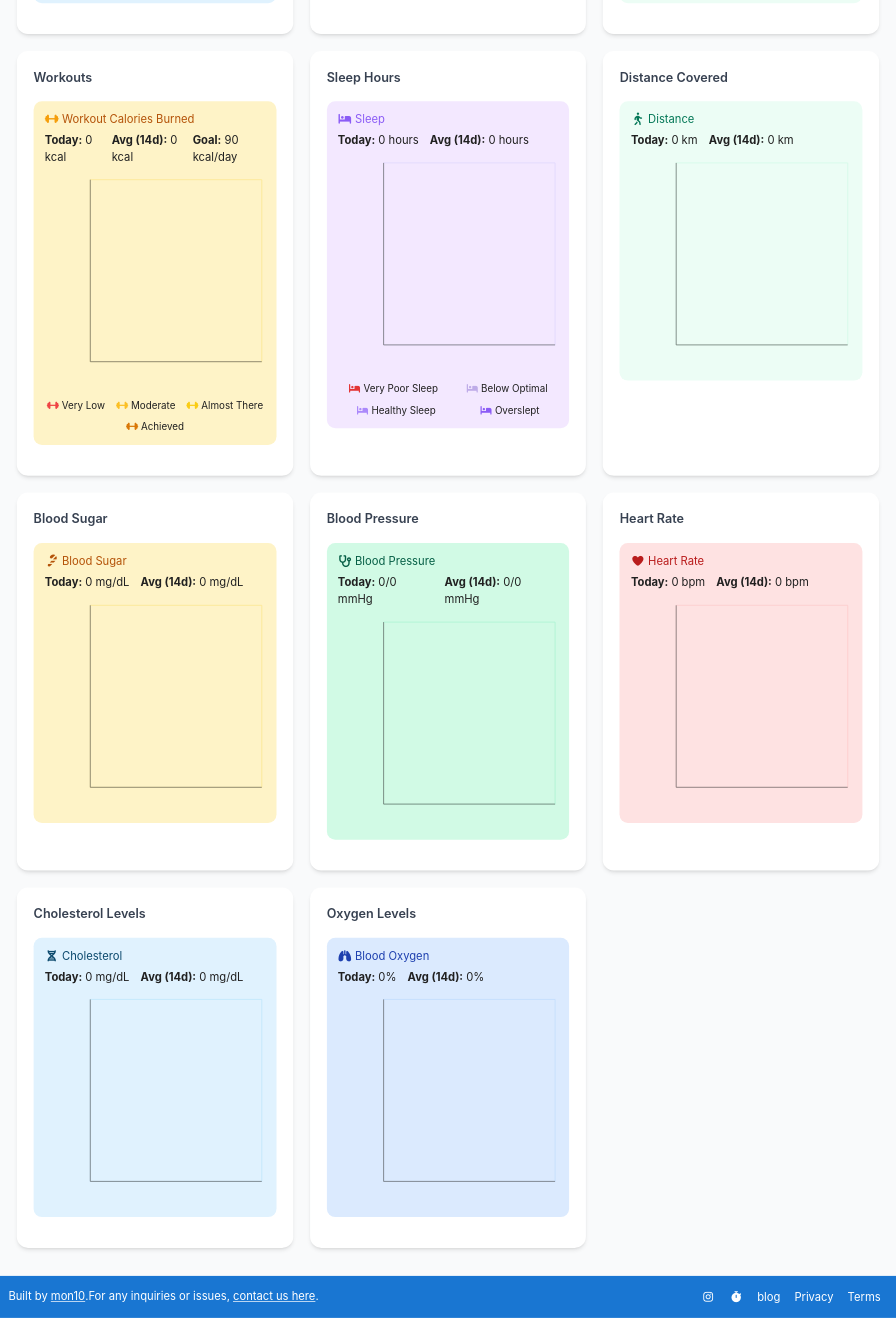
Repository: bhumikamourya/health-monitoring-application
Page: /dashboard (app in frontend/)
These files come from the project's save history. The page is drawn as it stood at one moment and after the next save; the edit follows.
The browser window is 1280 px wide. The pictures show the part of the page from y = 774 to 2694 px (the page is 2657 px tall before and 2694 px after), at 70% of full size.
The page's requests for data from a server got no answer. Some web libraries are served in a nearby version. The project was rebuilt for these pictures with package versions that can differ from the ones it lists, and the page was loaded fresh each time. No one was signed in, and anything a server would have sent is missing. Also part of the build but not shown: frontend/src/components/Home/particleBackground.js, frontend/src/components/Home/Component1.js, frontend/src/components/Home/Component2.js, frontend/src/components/Home/Component3.js, frontend/src/components/Home/Component4.js, frontend/src/components/Home/HomePage.js, frontend/src/components/Blog/Component1.js, frontend/src/components/Blog/Component2.js and 16 more.

Above is the page before, as saved 2025-10-14 19:24:35.

### frontend/public/index.html
<!DOCTYPE html>
<html lang="en">

<head>
  <meta charset="utf-8" />
  <link rel="icon" href="%PUBLIC_URL%/favicon.ico" />
  <meta name="viewport" content="width=device-width, initial-scale=1" />
  <meta name="theme-color" content="#000000" />
  <meta name="description" content="Web site created using create-react-app" />
  <link rel="apple-touch-icon" href="%PUBLIC_URL%/logo192.png" />
  <link rel="manifest" href="%PUBLIC_URL%/manifest.json" />

  <script src="https://cdn.jsdelivr.net/npm/@tailwindcss/browser@4"></script>

  <link href="https://cdn.jsdelivr.net/npm/bootstrap@5.3.7/dist/css/bootstrap.min.css" rel="stylesheet"
    integrity="sha384-LN+7fdVzj6u52u30Kp6M/trliBMCMKTyK833zpbD+pXdCLuTusPj697FH4R/5mcr" crossorigin="anonymous">
  <link rel="stylesheet" href="https://cdnjs.cloudflare.com/ajax/libs/font-awesome/7.0.0/css/all.min.css"
    integrity="sha512-DxV+EoADOkOygM4IR9yXP8Sb2qwgidEmeqAEmDKIOfPRQZOWbXCzLC6vjbZyy0vPisbH2SyW27+ddLVCN+OMzQ=="
    crossorigin="anonymous" referrerpolicy="no-referrer" />
  <title>React App</title>
</head>

<body>
  <noscript>You need to enable JavaScript to run this app.</noscript>
  <div id="root"></div>
  <!--
      This HTML file is a template.
      If you open it directly in the browser, you will see an empty page.

      You can add webfonts, meta tags, or analytics to this file.
      The build step will place the bundled scripts into the <body> tag.

      To begin the development, run `npm start` or `yarn start`.
      To create a production bundle, use `npm run build` or `yarn build`.
    -->
</body>

</html>

### frontend/src/index.css
@tailwind base;
@tailwind components;
@tailwind utilities;

body {
  margin: 0;
  font-family: -apple-system, BlinkMacSystemFont, 'Segoe UI', 'Roboto', 'Oxygen',
    'Ubuntu', 'Cantarell', 'Fira Sans', 'Droid Sans', 'Helvetica Neue',
    sans-serif;
  -webkit-font-smoothing: antialiased;
  -moz-osx-font-smoothing: grayscale;
  background-color: #fff;
  color: #212121;
}

code {
  font-family: source-code-pro, Menlo, Monaco, Consolas, 'Courier New',
    monospace;
}

h1,
h2,
h3,
h4,
h5,
h6 {
  color: #2c3e50
}

/* NAVBAR STYLING */
.background {
  background-color: #1976d2;
}

.footer-a-links {
  text-decoration: underline;
  color: #fff;
}

.footer-a-links:hover {
  text-decoration: underline;
}

.menu {
  color: #fff;
  margin-left: 20px;
}

.menu.selected {
  color: #64b5f6;
}

.links {
  color: #1976d2;
}

.links:hover {
  opacity: 0.7;
}

.nav-links {
  color: #fff;
}

.nav-links:hover {
  color: #64b5f6;
}

.coloured-btn {
  background-color: #1976d2;
  color: #fff;
}

.coloured-btn:hover {
  background-color: #1976d2;
}

.bold-text {
  color: #1976d2;
}


/* HOME COMPONENT-1 */
.component1-container {
  background-color: #f5f5f5;
}
.component1-icons{
  background-color: #e9f2fa;
  padding:20px 40px 20px 20px;
  border-radius: 50%;
}

.fa-check,
.fa-square-check,
.fa-calendar-week,
.fa-chart-line {
  color: #1976d2;
  font-size: 25px;
}

.fa-check {
  color: #43a047;
}


/* HOME COMPONENT-2 */
.complete-control-text {
  background-color: #e9f2fa;
  width: 60%;
  margin: 25px 5px 0 40px;
  padding: 4px;
  border-radius: 30px;
  color: #1976d2;
}

.coloured-card {
  margin-left: 50px;
  border: 3px solid #1976d2;
  border-radius: 15px;
  background-color: #fafafa;
}

/* BLOG COMPONENT */
.blogs-container {
  width: 14rem;
  box-shadow: 5px 5px 10px #f4f3f3;
}

.capsule-text {
  font-size: 10px;
  border: 1px solid #cfd1d1ff;
  padding: 4px 7px;
  border-radius: 10px;
  color: #2c2c2c;
}

/* PRICING COMPONENT */
.pricing-cards {
  margin-right: 15px;
  border: 0.4px solid #bbbabaff;
  border-radius: 30px;
}

.fa-xmark {
  font-size: 20px;
}

.complete-text {
  width: auto;
  padding: 4px 10px;
  background-color: #e9f2fa;
  border-radius: 30px;
  color: #1976d2;
}

.pricing-card2 {
  margin-left: 15px;
  border: 2px solid #1976d2;
  border-radius: 30px;
  background-color: #fafafa;
}

.pomodoro-card {
  border: 0.3px solid #424242;
  border-top: 4px solid #1976d2;
  border-radius: 10px;
}
.steps-chart-content{
  line-height: 10px;
}
.goto-dashboard:hover{
  text-decoration: underline;
  color: #6e7983;
}

### frontend/src/components/Charts/MedicalCharts.js
import {
  Line,
  CartesianGrid,
  XAxis,
  YAxis,
  Tooltip,
  ResponsiveContainer,
  BarChart,
  Bar,
} from "recharts";
import { CustomTooltip } from "../../utils/CustomTooltip.js";
import { useChartData } from "../../Hook/useChartData.js";
import { useCholesterolChartData } from "../../Hook/useCholesterolChartData.js";
import { useBPChartData } from "../../Hook/useBPChartData.js";

// Sugar Chart
function SugarChart({ days = 7, target = 120 }) {
  const { data, todayTotal, avg } = useChartData("sugar", "sugar", days);
const getSugarColor = (value, target) => {
  if (value <= target) return "#16a34a";          // green - normal
  if (value <= target + 20) return "#fbbf24";     // amber - slightly high
  return "#ef4444";                               // red - high
};

const coloredData = data.map(d => ({
  ...d,
  fill: getSugarColor(d.sugar, target)
}));
  return (
    <div style={{ maxWidth: 700, margin: "20px auto", background: "#fef3c7", borderRadius: 12, padding: 16 }}>
      <h2 style={{ marginBottom: 8, color: "#b45309" }}><i class="fa-solid fa-candy-cane"></i> Blood Sugar </h2>
      <div style={{ display: "flex", gap: 16, marginBottom: 16 }}>
        <div><b>Today:</b> {todayTotal} mg/dL</div>
        <div><b>Avg ({days}d):</b> {avg} mg/dL</div>
      </div>
      <div style={{ width: "100%", height: 300 }}>
        <ResponsiveContainer>
          <BarChart data={coloredData}>
            <CartesianGrid stroke="#fde68a" />
            <XAxis dataKey="date" />
            <YAxis allowDecimals={false} />
            <Tooltip content={<CustomTooltip unit="mg/dL" />} />
            <Bar dataKey="sugar" fill={({ payload }) => payload.fill}/>
            <Line type="monotone" dataKey={() => target} stroke="#b91c1c" strokeWidth={2} dot={false} />
          </BarChart>
        </ResponsiveContainer>
      </div>
    </div>
  );
}

// Blood Pressure Chart
function BPChart({ days = 7, systolicTarget = 120, diastolicTarget = 80 }) {
  const { data, todaySys, todayDia, avgSys, avgDia } = useBPChartData(days);
  return (
    <div style={{ maxWidth: 700, margin: "20px auto", background: "#d1fae5", borderRadius: 12, padding: 16 }}>
      <h2 style={{ marginBottom: 8, color: "#065f46" }}><i class="fa-solid fa-stethoscope"></i> Blood Pressure </h2>
      <div style={{ display: "flex", gap: 16, marginBottom: 16 }}>
        <div><b>Today:</b> {todaySys}/{todayDia} mmHg</div>
        <div><b>Avg ({days}d):</b> {avgSys}/{avgDia} mmHg</div>
      </div>
      <div style={{ width: "100%", height: 300 }}>
        <ResponsiveContainer>
          <BarChart data={data}>
            <CartesianGrid stroke="#a7f3d0" />
            <XAxis dataKey="date" />
            <YAxis allowDecimals={false} />
            <Tooltip content={<CustomTooltip unit="mmmHg" />} />
            <Bar dataKey="systolic" fill="#047857" />
            <Bar dataKey="diastolic" fill="#059669" />
            {/* Reference Lines */}
            <Line type="monotone" dataKey={() => systolicTarget} stroke="#064e3b" strokeWidth={2} dot={false} />
            <Line type="monotone" dataKey={() => diastolicTarget} stroke="#10b981" strokeWidth={2} dot={false} />
          </BarChart>
        </ResponsiveContainer>
      </div>
    </div>
  );
}

// Heart Rate Chart
function HeartRateChart({ days = 7, target = 75 }) {
  const { data, todayTotal, avg } = useChartData("heartrate", "heartrate", days);
const getHRColor = (value) => {
  if (value < 60) return "#f87171";     // light red
  if (value <= 100) return "#dc2626";   // normal red
  return "#991b1b";                     // dark red
};

const coloredData = data.map(d => ({
  ...d,
  fill: getHRColor(d.heartrate)
}));
  return (
    <div style={{ maxWidth: 700, margin: "20px auto", background: "#fee2e2", borderRadius: 12, padding: 16 }}>
      <h2 style={{ marginBottom: 8, color: "#b91c1c" }}><i class="fa-solid fa-heart"></i> Heart Rate </h2>
      <div style={{ display: "flex", gap: 16, marginBottom: 16 }}>
        <div><b>Today:</b> {todayTotal} bpm</div>
        <div><b>Avg ({days}d):</b> {avg} bpm</div>
      </div>
      <div style={{ width: "100%", height: 300 }}>
        <ResponsiveContainer>
          <BarChart data={coloredData}>
            <CartesianGrid stroke="#fecaca" />
            <XAxis dataKey="date" />
            <YAxis allowDecimals={false} />
            <Tooltip content={<CustomTooltip unit="bpm" />} />
            <Bar dataKey="heartrate" fill= {({ payload }) => payload.fill}/>
            <Line type="monotone" dataKey={() => target} stroke="#991b1b" strokeWidth={2} dot={false} />
          </BarChart>
        </ResponsiveContainer>
      </div>
    </div>
  );
}

// Cholesterol Chart
function CholesterolChart({ days = 7, ldlTarget = 100, hdlTarget = 40 }) {
  const { data, todayTotal, avg } = useCholesterolChartData(days);

  return (
    <div style={{ maxWidth: 700, margin: "20px auto", background: "#e0f2fe", borderRadius: 12, padding: 16 }}>
      <h2 style={{ marginBottom: 8, color: "#0c4a6e" }}><i class="fa-solid fa-dna"></i> Cholesterol</h2>
      <div style={{ display: "flex", gap: 16, marginBottom: 16 }}>
        <div><b>Today:</b> {todayTotal} mg/dL</div>
        <div><b>Avg ({days}d):</b> {avg} mg/dL</div>
      </div>
      <div style={{ width: "100%", height: 300 }}>
        <ResponsiveContainer>
          <BarChart data={data}>
            <CartesianGrid stroke="#bae6fd" />
            <XAxis dataKey="date" />
            <YAxis allowDecimals={false} />
            <Tooltip content={<CustomTooltip unit="mg/dL" />} />
            <Bar dataKey="ldl" fill="#f59e0b" />
            <Bar dataKey="hdl" fill="#10b981" />
            {/* <Bar dataKey="total" fill="#0284c7" /> */}
            <Line type="monotone" dataKey={() => ldlTarget} stroke="#0c4a6e" strokeWidth={2} dot={false} />
            <Line type="monotone" dataKey={() => hdlTarget} stroke="#0c4a6e" strokeWidth={2} dot={false} />

          </BarChart>
        </ResponsiveContainer>
      </div>
    </div>
  );
}

// Oxygen Chart
function OxygenChart({ days = 7, target = 95 }) {
  const { data, todayTotal, avg } = useChartData("oxygen", "oxygen", days);
const getOxygenColor = (value, target) => {
  if (value < 90) return "#f65a45ff";      // red → low
  if (value < 95) return "#6a89dfff";      // yellow → medium
  return "#1d4ed8";                      // blue → good
};
const coloredData = data.map(d => ({
  ...d,
  fill: getOxygenColor(d.oxygen, target)
}));
  return (
    <div style={{ maxWidth: 700, margin: "20px auto", background: "#dbeafe", borderRadius: 12, padding: 16 }}>
      <h2 style={{ marginBottom: 8, color: "#1e40af" }}><i class="fa-solid fa-lungs"></i> Blood Oxygen </h2>
      <div style={{ display: "flex", gap: 16, marginBottom: 16 }}>
        <div><b>Today:</b> {todayTotal}%</div>
        <div><b>Avg ({days}d):</b> {avg}%</div>
      </div>
      <div style={{ width: "100%", height: 300 }}>
        <ResponsiveContainer>
          <BarChart data={coloredData}>
            <CartesianGrid stroke="#bfdbfe" />
            <XAxis dataKey="date" />
            <YAxis allowDecimals={false} />
            <Tooltip content={<CustomTooltip unit="%" />} />
            <Bar dataKey="oxygen" fill={({ payload }) => payload.fill} />
            <Line type="monotone" dataKey={() => target} stroke="#1e40af" strokeWidth={2} dot={false} />
          </BarChart>
        </ResponsiveContainer>
      </div>
    </div>
  );
}



export { SugarChart, BPChart, HeartRateChart, CholesterolChart, OxygenChart };

### frontend/src/components/Home/particleBackground.css
* {
    margin: 0;
    padding: 0;
    box-sizing: border-box;
}
a{
    text-decoration:none;
}

body {
    color: #212121;
    margin: 0;
    font-family: 'Arial', sans-serif;
    overflow-x: hidden;
    min-height: 100vh;
}

.particles-container {
    height: 98vh;
    width: 100%;
    position: relative;
    overflow: hidden;
}

.particle {
    position: absolute;
    width: 20px;
    height: 20px;
    border-radius: 3px;
    opacity: 0.7;
    box-shadow: 0 0 20px rgba(255, 255, 255, 0.3);
    animation-duration: 30s;
    animation-iteration-count: infinite;
    animation-timing-function: ease-in-out;
}

.content {
    position: absolute;
    top: 50%;
    left: 50%;
    transform: translate(-50%, -50%);
    z-index: 2;
    text-align: center;
    padding: 30px;
    border-radius: 15px;
}

h1 {
    font-size: 2.9rem;
    font-weight: 530;
    margin-bottom: 6px;
    background-size: 300% 300%;
}

p {
    font-size: 1.4rem;
    line-height: 1.6;
}
.home-btn1{
    background-color: #1976d2;
    color: #fff;
}
.home-btn1:hover{
     background-color: #176cc1;
}
.home-btn2{
    margin-left: 15px;
}
.home-btn2:hover{
    background-color: rgb(51, 51, 51);
}


@keyframes gradientShift {

    0%,
    100% {
        background-position: 0% 50%;
    }

    50% {
        background-position: 100% 50%;
    }
}

/* Particle animations */
 @keyframes move1 {

    0%,
    100% {
        transform: translate(0, 0) rotate(0deg);
    }

    25% {
        transform: translate(80px, 40px) rotate(90deg);
    }

    50% {
        transform: translate(40px, 80px) rotate(180deg);
    }

    75% {
        transform: translate(-40px, 60px) rotate(270deg);
    }
}

@keyframes move2 {

    0%,
    100% {
        transform: translate(0, 0) rotate(0deg);
    }

    25% {
        transform: translate(60px, -30px) rotate(45deg);
    }

    50% {
        transform: translate(-40px, 60px) rotate(135deg);
    }

    75% {
        transform: translate(70px, -20px) rotate(225deg);
    }
}

@keyframes move3 {

    0%,
    100% {
        transform: translate(0, 0) rotate(0deg);
    }

    25% {
        transform: translate(-5px, 5px) rotate(60deg);
    }

    50% {
        transform: translate(2px, -2px) rotate(70deg);
    }

    75% {
        transform: translate(-5px, 10px) rotate(140deg);
    }
}

@keyframes move4 {

    0%,
    100% {
        transform: translate(0, 0) rotate(60deg);
    }

    25% {
        transform: translate(50px, -50px) rotate(60deg);
    }

    50% {
        transform: translate(-30px, 90px) rotate(150deg);
    }

    75% {
        transform: translate(50px, -40px) rotate(270deg);
    }
}

/* Individual particle styles */
.particle:nth-child(1) {
    background-color: #ff6b6b;
    top: 10%;
    left: 10%;
    animation: move1 70s infinite;
    animation-delay: 1s;
    opacity: 0.4;
}

.particle:nth-child(2) {
    background-color: #4ecdc4;
    top: 20%;
    right: 80%;
    animation: move2 70s infinite;
    animation-delay: 1s;
}

.particle:nth-child(3) {
    background-color: #45b7d1;
    top: 60%;
    left: 10%;
    animation: move3 70s infinite;
    animation-delay: 1s;
}

.particle:nth-child(4) {
    background-color: #484948;
    top: 45%;
    left: 10%;
    animation: move4 70s infinite;
    animation-delay: 1s;
}

.particle:nth-child(5) {
    background-color: #feca57;
    top: 60%;
    right: 20%;
    animation: move1 70s infinite;
    animation-delay: 1s;
}

.particle:nth-child(6) {
    background-color: #ff9ff3;
    top: 35%;
    right: 20%;
    animation: move4 70s infinite;
    animation-delay: 1s;
}
.particle:nth-child(7) {
    background-color: #ffa502;
    top: 30%;
    right: 15%;
    animation: move3 70s infinite;
    animation-delay: 1s;
    opacity: 0.5;
}

.particle:nth-child(8) {
    background-color: #54a0ff;
    top: 30%;
    left: 13%;
    animation: move2 70s infinite;
    animation-delay: 1s;
}

.particle:nth-child(9) {
    background-color: #5f27cd;
    top: 75%;
    left: 10%;
   animation: move1 70s infinite;
    animation-delay: 1s;
}

.particle:nth-child(10) {
    background-color: #00d2d3;
    top: 25%;
    right: 5%;
    animation: move3 70s infinite;
    animation-delay: 1s;
    opacity: 0.4;
}

.particle:nth-child(11) {
    background-color: #e09df8;
    top: 5%;
    right: 15%;
    animation: move4 70s infinite;
    animation-delay: 1s;
    opacity: 0.5;
}

.particle:nth-child(12) {
    background-color: #ee5253;
    top: 35%;
    right:20%;
    animation: move2 70s infinite;
    animation-delay: 1s;
    opacity: 0.5;
}

.particle:nth-child(13) {
    background-color: #0abde3;
    top: 55%;
    left: 15%;
    animation: move1 70s infinite;
    animation-delay: 1s;
}

.particle:nth-child(14) {
    background-color: #10ac84;
    top: 20%;
    right: 10%;
    animation: move3 70s infinite;
    animation-delay: 1s;
}

.particle:nth-child(15) {
    background-color: #ff5252;
    top: 70%;
    right: 5%;
    animation: move2 70s infinite;
    animation-delay: 1s;
}

.particle:nth-child(16) {
    background-color: #3742fa;
    top: 40%;
    right: 17%;
   animation: move1 70s infinite;
    animation-delay: 1s;
}
.particle:nth-child(17) {
    background-color: #c84bf1;
    top: 3%;
    right: 10%;
    animation: move4 70s infinite;
    animation-delay: 1s;
}
.particle:nth-child(18) {
    background-color: #fa7537;
    top: 8%;
    left: 17%;
    animation: move2 70s infinite;
    animation-delay: 1s;
    opacity: 0.5;
}
.particle:nth-child(19) {
    background-color: #f371e8;
    top: 80%;
    left: 30%;
   animation: move4 70s infinite;
    animation-delay: 1s;
    opacity: 0.5;
}
.particle:nth-child(20) {
    background-color: #3c3c3d;
    top: 10%;
    right: 40%;
   animation: move2 70s infinite;
    animation-delay: 1s;
}
.particle:nth-child(21) {
    background-color: #afafe7;
    top: 50%;
    right: 6%;
    animation: move4 70s infinite;
    animation-delay: 1s;
}
.particle:nth-child(22) {
    background-color: #9f0eed;
    top: 70%;
    right: 20%;
    animation: move1 70s infinite;
    animation-delay: 1s;
}
.particle:nth-child(23) {
    background-color: #d9d7da;
    top: 20%;
    left: 80%;
    animation: move2 70s infinite;
    animation-delay: 1s;
    opacity: 0.5;
}
.particle:nth-child(24) {
    background-color: #6f6e6f;
    top: 80%;
    right: 10%;
    animation: move3 70s infinite;
    animation-delay: 1s;
}
.particle:nth-child(25) {
    background-color: #a6d9de;
    top:68%;
    left: 20%;
    animation: move4 70s infinite;
    animation-delay: 1s;
}
.particle:nth-child(26) {
    background-color: #3d3e3d;
    top: 30%;
    right: 10%;
    animation: move1 70s infinite;
    animation-delay: 1s;
}
.particle:nth-child(27) {
    background-color: #343434;
    top: 80%;
    left: 10%;
    animation: move2 70s infinite;
    animation-delay: 1s;
}
.particle:nth-child(28) {
    background-color: #3c3c3c;
    top: 40%;
    right: 70%;
    animation: move3 70s infinite;
    animation-delay: 1s;
}
.particle:nth-child(29) {
    background-color: #343435;
    top: 20%;
    right: 90%;
    animation: move4 70s infinite;
    animation-delay: 1s;
}
.particle:nth-child(30) {
    background-color: #c5e6d4;
    top: 90%;
    right: 30%;
    animation: move1 70s infinite;
    animation-delay: 1s;
}

Loaded but not shown: frontend/tailwind.config.js (common file); frontend/src/components/Charts/fitnessCharts.js (446 lines, source omitted); frontend/src/Navbar.js (85 lines, source omitted); frontend/src/TrackerForms/Dashboard.js (91 lines, source omitted); frontend/src/Hook/useBPChartData.js (65 lines, source omitted); frontend/src/index.js (46 lines, source omitted); frontend/src/Hook/useCholesterolChartData.js (62 lines, source omitted); frontend/src/Hook/useChartData.js (56 lines, source omitted); frontend/src/Footer.js (35 lines, source omitted); frontend/src/components/Logout.js (16 lines, source omitted); frontend/src/utils/api.js (13 lines, source omitted)

After the next save:
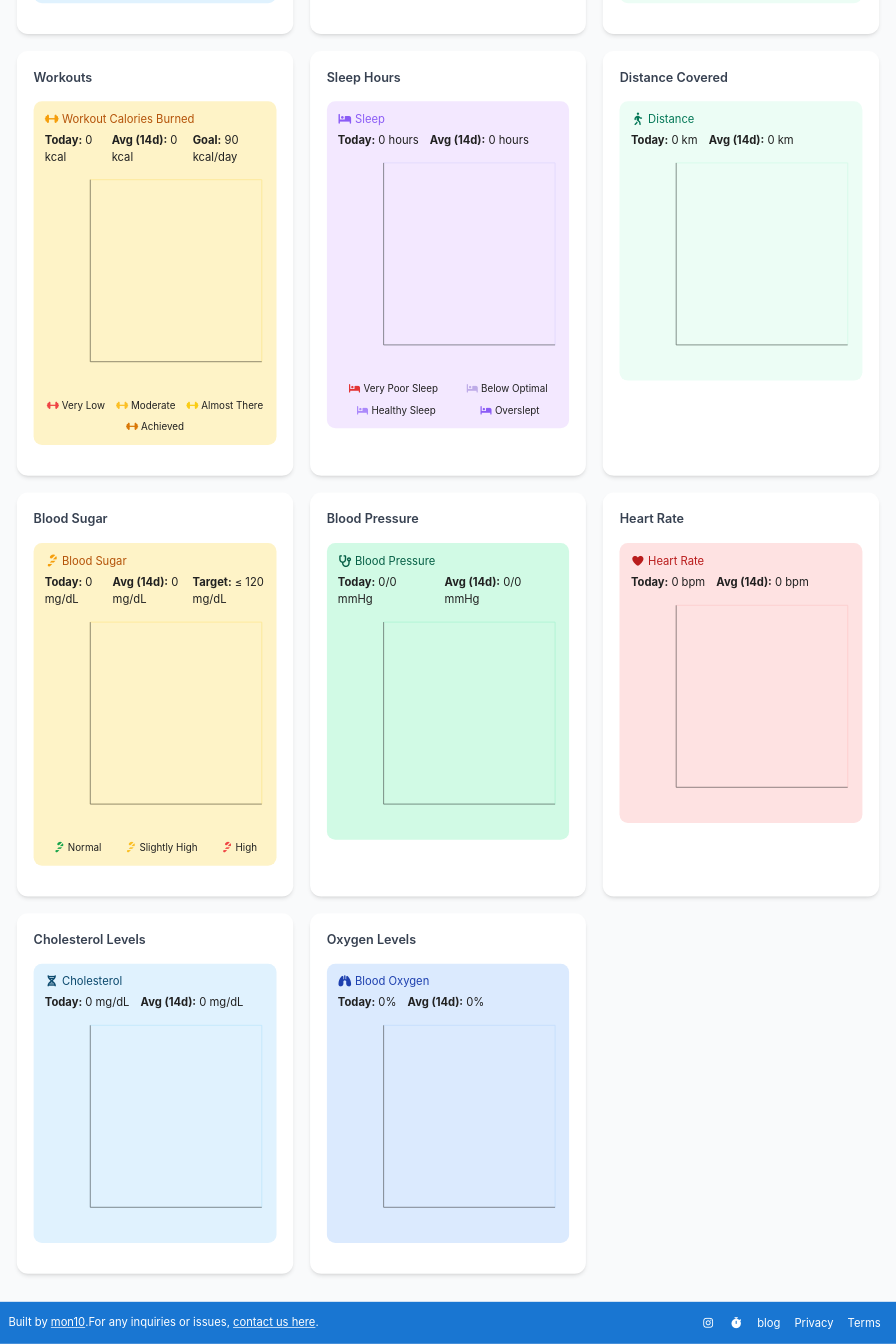
Saved 86 s later.
--- a/frontend/src/components/Charts/MedicalCharts.js
+++ b/frontend/src/components/Charts/MedicalCharts.js
@@ -16,23 +16,38 @@ import { useBPChartData } from "../../Hook/useBPChartData.js";
 // Sugar Chart
 function SugarChart({ days = 7, target = 120 }) {
   const { data, todayTotal, avg } = useChartData("sugar", "sugar", days);
-const getSugarColor = (value, target) => {
-  if (value <= target) return "#16a34a";          // green - normal
-  if (value <= target + 20) return "#fbbf24";     // amber - slightly high
-  return "#ef4444";                               // red - high
-};
-
-const coloredData = data.map(d => ({
-  ...d,
-  fill: getSugarColor(d.sugar, target)
-}));
-  return (
-    <div style={{ maxWidth: 700, margin: "20px auto", background: "#fef3c7", borderRadius: 12, padding: 16 }}>
-      <h2 style={{ marginBottom: 8, color: "#b45309" }}><i class="fa-solid fa-candy-cane"></i> Blood Sugar </h2>
+
+  const getSugarColor = (value, target) => {
+    if (value <= target) return "#16a34a";      // 🟢 Normal
+    if (value <= target + 20) return "#fbbf24"; // 🟠 Slightly High
+    return "#ef4444";                           // 🔴 High
+  };
+
+  const coloredData = data.map(d => ({
+    ...d,
+    fill: getSugarColor(d.sugar, target)
+  }));
+
+  return (
+    <div
+      style={{
+        maxWidth: 700,
+        margin: "20px auto",
+        background: "#fef3c7",
+        borderRadius: 12,
+        padding: 16
+      }}
+    >
+      <h2 style={{ marginBottom: 8, color: "#b45309" }}>
+        <i className="fa-solid fa-candy-cane" style={{ color: "#f59e0b" }}></i> Blood Sugar
+      </h2>
+
       <div style={{ display: "flex", gap: 16, marginBottom: 16 }}>
         <div><b>Today:</b> {todayTotal} mg/dL</div>
         <div><b>Avg ({days}d):</b> {avg} mg/dL</div>
-      </div>
+        <div><b>Target:</b> ≤ {target} mg/dL</div>
+      </div>
+
       <div style={{ width: "100%", height: 300 }}>
         <ResponsiveContainer>
           <BarChart data={coloredData}>
@@ -40,14 +55,37 @@ const coloredData = data.map(d => ({
             <XAxis dataKey="date" />
             <YAxis allowDecimals={false} />
             <Tooltip content={<CustomTooltip unit="mg/dL" />} />
-            <Bar dataKey="sugar" fill={({ payload }) => payload.fill}/>
-            <Line type="monotone" dataKey={() => target} stroke="#b91c1c" strokeWidth={2} dot={false} />
-          </BarChart>
-        </ResponsiveContainer>
-      </div>
-    </div>
-  );
-}
+            <Bar dataKey="sugar" fill={({ payload }) => payload.fill} />
+            <Line
+              type="monotone"
+              dataKey={() => target}
+              stroke="#b91c1c"
+              strokeWidth={2}
+              dot={false}
+            />
+          </BarChart>
+        </ResponsiveContainer>
+      </div>
+
+      {/* 👇 Color Legend Section */}
+      <div
+        style={{
+          marginTop: 16,
+          display: "flex",
+          justifyContent: "space-around",
+          flexWrap: "wrap",
+          gap: 10,
+          fontSize: 14
+        }}
+      >
+        <div><i style={{ color: "#16a34a" }} className="fa-solid fa-candy-cane"></i> Normal</div>
+        <div><i style={{ color: "#fbbf24" }} className="fa-solid fa-candy-cane"></i> Slightly High</div>
+        <div><i style={{ color: "#ef4444" }} className="fa-solid fa-candy-cane"></i> High</div>
+      </div>
+    </div>
+  );
+}
+
 
 // Blood Pressure Chart
 function BPChart({ days = 7, systolicTarget = 120, diastolicTarget = 80 }) {
